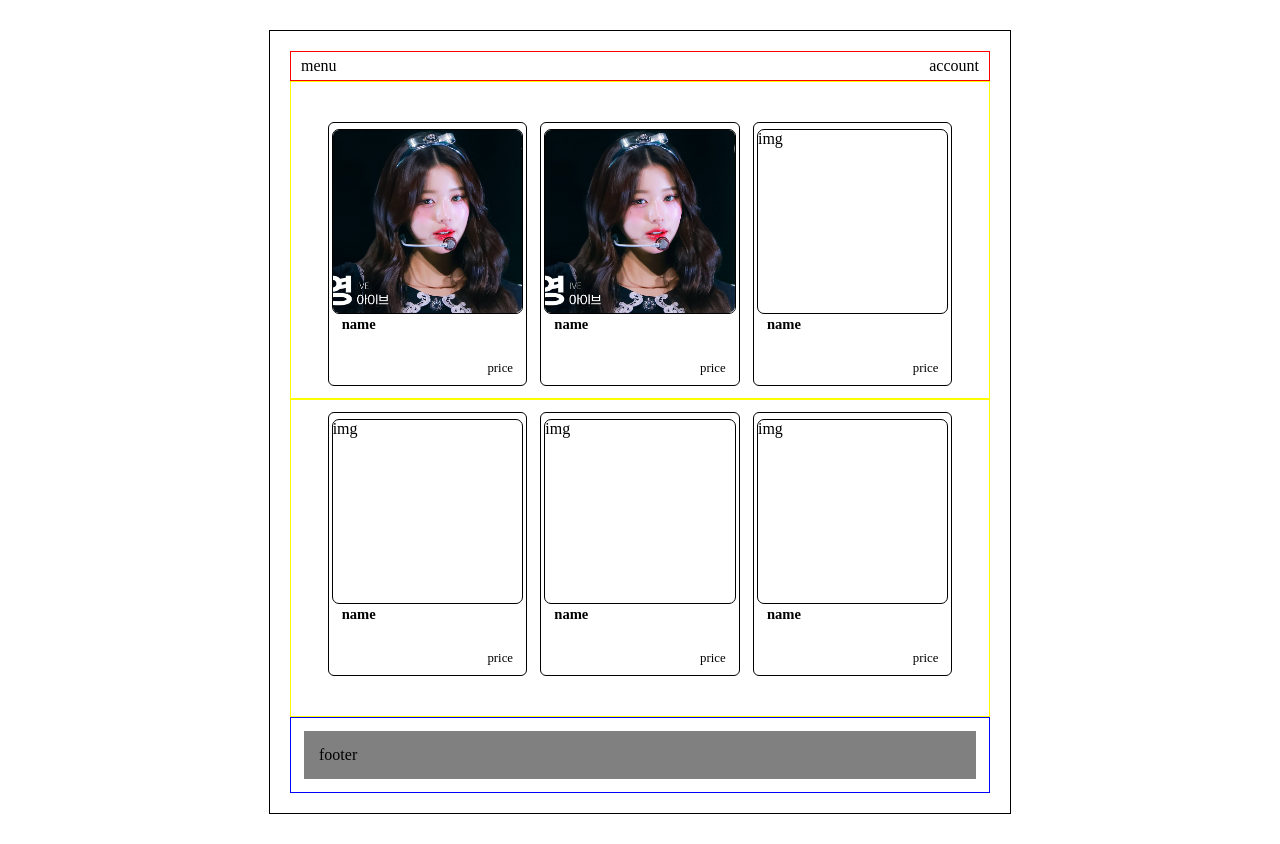
Repository: dongwoon1/cal
Page: http://localhost/calDWC/
These files come from the project's save history. The page is drawn as it stood at one moment and after the next save; the edit follows.
The browser window is 1280 px wide. The pictures show the whole page.
The page is served by Tomcat 9.

Above is the page before, as saved 2025-03-19 23:22:51.

### calProject/calDWC/src/main/webapp/index.jsp
<%@ page language="java" contentType="text/html; charset=UTF-8"
    pageEncoding="UTF-8"%>
<!DOCTYPE html>
<html>

	<head>
		<meta charset="UTF-8">
		<title>バイバイハンバイ</title>
		<link href="css/main.css" rel="stylesheet">
		<link href="css/index.css" rel="stylesheet">
	</head>

	<body>
	<main>

		<header>
		   	<span>menu</span>
		   	<span>account</span>
			<!--
			 <na>
				<li>outer</li>
				<li>shirts</li>
				<li>pants</li>
				<li>shoes</li>
				<li>accessories</li>
				<li>account</li>
			 </ul>
		    -->
	  	</header>

		<section>
			<div class="pro">

				<div class="product">

					<div>
					 	<img src="img/wonyoung_main.jpg" alt="">
					</div>
					<div>
					 	<h5>name</h5>
					</div>
					<div>
					 	<span>price</span>
					</div>

				</div>

	    		<div class="product">

					<div>
					 	<img src="img/wonyoung_main.jpg" alt="">
					</div>
					<div>
					 	<h5>name</h5>
					</div>
					<div>
					 	<span>price</span>
					</div>

				</div>

				<div class="product">

					<div>
					 	img
					</div>
					<div>
					 	<h5>name</h5>
					</div>
					<div>
					 	<span>price</span>
					</div>

				</div>

			</div>


	   		<div class="pro">

				<div class="product">

					<div>
					 	img
					</div>
					<div>
					 	<h5>name</h5>
					</div>
					<div>
					 	<span>price</span>
					</div>

				</div>

	    		<div class="product">

					<div>
					 	img
					</div>
					<div>
					 	<h5>name</h5>
					</div>
					<div>
					 	<span>price</span>
					</div>

				</div>

				<div class="product">

					<div>
					 	img
					</div>
					<div>
					 	<h5>name</h5>
					</div>
					<div>
					 	<span>price</span>
					</div>

				</div>

			</div>

	  	</section>

		<footer>
		 	<div>footer</div>
		</footer>

	</main>
	</body>

</html>

### calProject/calDWC/src/main/webapp/css/main.css
@charset "UTF-8";

*{
	  padding: 0; margin: 0;
}

main{
    margin: 30px auto;
    padding: 20px;
    width: 700px;
     	border: 1px solid black;
}

header{
	display: flex;
	justify-content: space-between;
	 	border: 1px solid red;
}

header span{
 	padding: 5px 10px;
}

footer{
 	padding: 13px;
  		border: 1px solid blue;
}

footer div{
 	background: gray;
    padding: 15px;
}

### calProject/calDWC/src/main/webapp/css/index.css
@charset "UTF-8";

.pro{
 	padding: 12px 30px;
 	display: flex;
 	justify-content: space-around;
  		border: 1px solid yellow;
}
.pro:first-child{
 	padding-top: 40px;
}
.pro:last-child{
 	padding-bottom: 40px;
}
.pro div{
 	width: 30%;
  		height:250px;
}

.product{
 	padding: 6px 3px;
 	border: 1px solid black;
 	border-radius: 6px;
}
.product div{
 	width: 100%;
}
.product div:first-child{
 	width: 99%;
 	height: 73%;
 	border: 1px solid black;
 	border-radius: 7px;
 	overflow: hidden;
}
.product div:nth-child(2){
 	height: 18%;
 	font-size: 110%;
}
.product div:last-child{
 	height: 9%;
 	font-size: 80%;
}

.product img{
	height: 100%;
		translate: -25% 0;
}
.product h5, .product span{
 	padding: 2px 10px;
}
.product span{
 	text-align: right;
 	display: block;
}

After the next save:
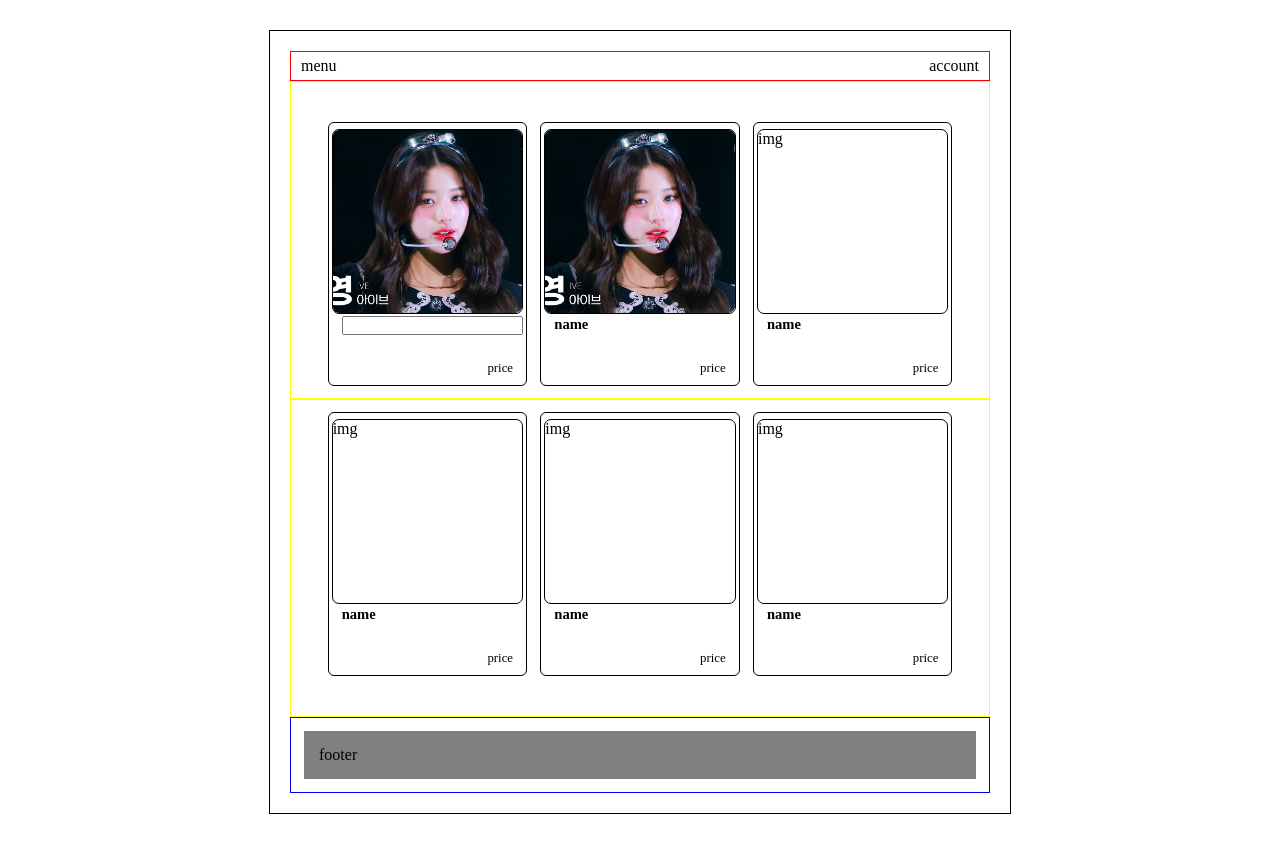
Saved 6 min 2 s later.
--- a/calProject/calDWC/src/main/webapp/index.jsp
+++ b/calProject/calDWC/src/main/webapp/index.jsp
@@ -37,7 +37,7 @@
 					 	<img src="img/wonyoung_main.jpg" alt="">
 					</div>
 					<div>
-					 	<h5>name</h5>
+					 	<h5><input name="" value=""></h5>
 					</div>
 					<div>
 					 	<span>price</span>
